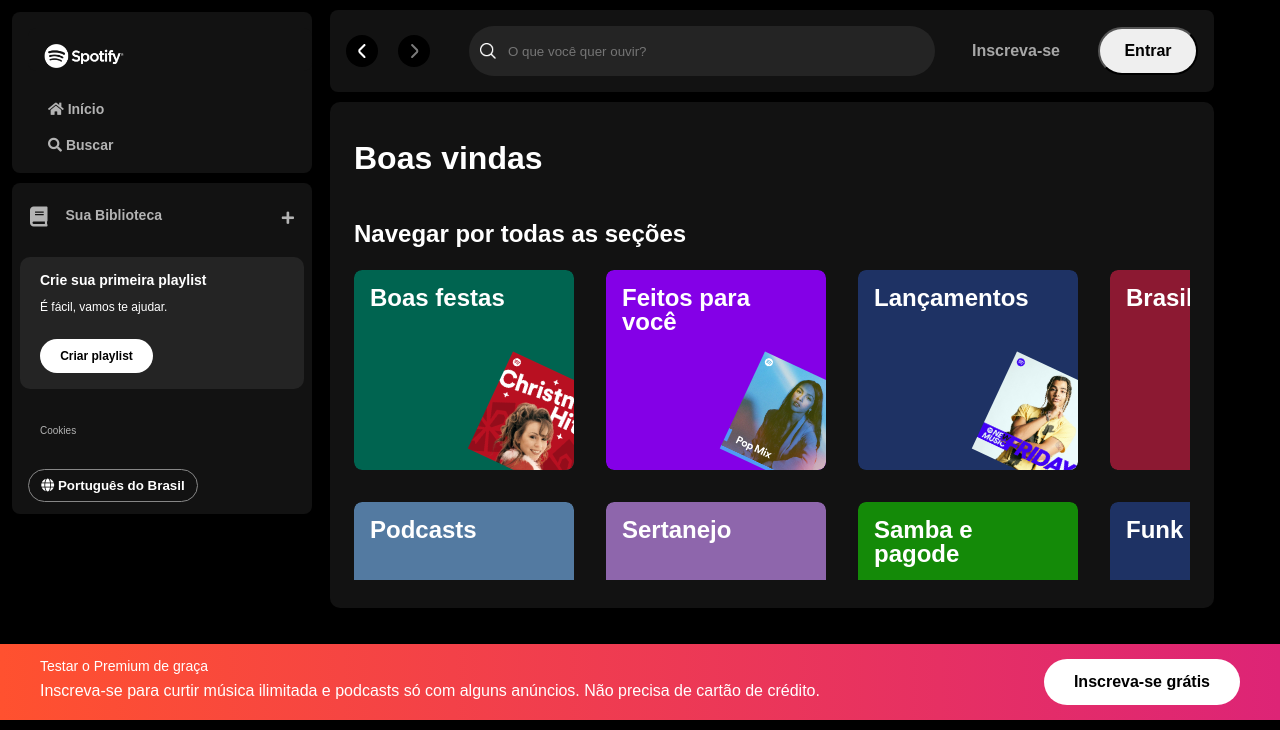
Repository: rafaazevedo-gs/Imers-o-Alura-Front-end
Page: index.html
The author's editor kept a copy of each file at every save. The page is drawn from the files as they stood at one save, then again after the next save.
The browser window is 1280 px wide. The pictures show the whole page.

Above is the page before, as saved 2025-01-31 15:35:03.
Not found: search.js

### index.html
<!DOCTYPE html>
<html lang="pt-BR">
<head>
    <meta charset="UTF-8">
    <meta name="viewport" content="width=device-width, initial-scale=1.0">
    <title>Spotify</title>

    <link rel="stylesheet" href="./src/styles/reset.css">
    <link rel="stylesheet" href="./src/styles/vars.css">
    <link rel="stylesheet" href="./src/styles/sidebar-footer.css">
    <link rel="stylesheet" href="./src/styles/main-content.css">
    <link rel="stylesheet" href="./src/styles/midia-queries.css">
    <link rel="stylesheet" href="https://use.fontawesome.com/releases/v5.15.4/css/solid.css"/>
    <link rel="stylesheet" href="https://use.fontawesome.com/releases/v5.15.4/css/fontawesome.css"/>
    <link rel="icon" href="/src/assets/icons/favicon.png" type="image/x-icon">

</head>
<body>
    <div class="sidebar">
        <nav class="sidebar__navigation">
            <div class="logo">
                <a href="">
                    <img src="./src/assets/icons/logo-spotify.png" alt="Spotify logo">
                </a>
                </div>
                    <ul>
                        <li>
                            <a href="">
                                <span class="fa fa-home"></span>
                                <span>Início</span>
                            </a>
                        </li>
                        <li>
                            <a href="">
                                <span class="fa fa-search"></span>
                                <span>Buscar</span>
                            </a>
                        </li>
                    </ul>
        </nav>
        <div class="library">
            <div class="library__content">
                <button class="library__button">
                    <span class="fa fas fa-book"></span>
                    <span>Sua Biblioteca</span>
                </button>
                <span class="fa fa-plus"></span>
        </div>

        <section class="section-playlist">
            <div class="section-playlist__content">
                <span class="text title">Crie sua primeira playlist</span>
                <span class="text subtitle">É fácil, vamos te ajudar.</span>
                <button class="section-playlist__button">
                    <span>Criar playlist</span>
                </button>
            </div>
        </section>
        <div class="cookies">
            <a href="">Cookies</a>
        </div>
        <div class="languages">
            <button class="languages__button">
                <span class="fa fa-globe"></span>
                <span>Português do Brasil</span>
            </button>
        </div>
    </div>
</div>

<main>
    <div class="main-container">
        <nav class="header__navigation">
            <div class="navigation">
                <button class="arrow-left">
                    <img src="./src/assets/icons/small-left.png" alt="Seta esquerda">
                </button>
                <button class="arrow-right">
                    <img src="./src/assets/icons/small-right.png" alt="Seta direita">
                </button>
            </div>
            <div class="header__search">
                <img src="./src/assets/icons/search.png" alt="">
                <input id="search-input" type="text" maxlength="800" placeholder="O que você quer ouvir?" />
            </div>
            <div class="header__login">
                <button class="subscribe">Inscreva-se</button>
                <button class="login">Entrar</button>
            </div>
        </nav>

            <div class="playlist-container">
                <div id="result-playlist">
                    <div class="playlist">
                        <h1 id="greeting">Boas vindas</h1>
                        <h2 class="greeting-subtitle">Navegar por todas as seções</h2>
                    </div>

                      <!-- LIST ITEM 1 -->
          <div class="offer__scroll-container">
            <div class="offer__list">
              <section class="offer__list-item">
                <!-- CARD 1 -->
                <a href="" class="cards">
                  <div class="cards card1">
                    <img src="./src/assets/playlist/1.jpeg" alt="" />
                    <span>Boas festas</span>
                  </div>
                </a>

                <!-- CARD 2 -->
                <a href="" class="cards">
                  <div class="cards card2">
                    <img src="./src/assets/playlist/2.png" alt="" />
                    <span>Feitos para você</span>
                  </div>
                </a>

                <!-- CARD 3 -->
                <a href="" class="cards">
                  <div class="cards card3">
                    <img src="./src/assets/playlist/3.jpeg" alt="" />
                    <span>Lançamentos</span>
                  </div>
                </a>

                <!-- CARD 4 -->
                <a href="" class="cards">
                  <div class="cards card4">
                    <img src="./src/assets/playlist/4.png" alt="" />
                    <span>Brasil</span>
                  </div>
                </a>

                <!-- CARD 5 -->
                <a href="" class="cards">
                  <div class="cards card5">
                    <img src="./src/assets/playlist/5.jpeg" alt="" />
                    <span>Para treinar</span>
                  </div>
                </a>

                <!-- CARD 6 -->
                <a href="" class="cards">
                  <div class="cards card6">
                    <img src="./src/assets/playlist/6.jpeg" alt="" />
                    <span>Podcasts</span>
                  </div>
                </a>

                <!-- CARD 7 -->
                <a href="" class="cards">
                  <div class="cards card7">
                    <img src="./src/assets/playlist/7.jpeg" alt="" />
                    <span>Sertanejo</span>
                  </div>
                </a>

                <!-- CARD 8 -->
                <a href="" class="cards">
                  <div class="cards card8">
                    <img src="./src/assets/playlist/8.jpeg" alt="" />
                    <span>Samba e pagode</span>
                  </div>
                </a>

                <!-- CARD 9 -->
                <a href="" class="cards">
                  <div class="cards card9">
                    <img src="./src/assets/playlist/9.jpeg" alt="" />
                    <span>Funk</span>
                  </div>
                </a>

                <!-- CARD 10 -->
                <a href="" class="cards">
                  <div class="cards card10">
                    <img src="./src/assets/playlist/10.jpeg" alt="" />
                    <span>MPB</span>
                  </div>
                </a>

                <!-- CARD 11 -->
                <a href="" class="cards">
                  <div class="cards card11">
                    <img src="./src/assets/playlist/11.jpeg" alt="" />
                    <span>Rock</span>
                  </div>
                </a>

                <!-- CARD 12 -->
                <a href="" class="cards">
                  <div class="cards card12">
                    <img src="./src/assets/playlist/12.jpeg" alt="" />
                    <span>Hip Hop</span>
                  </div>
                </a>

                <!-- CARD 13 -->
                <a href="" class="cards">
                  <div class="cards card13">
                    <img src="./src/assets/playlist/13.jpeg" alt="" />
                    <span>Indie</span>
                  </div>
                </a>

                <!-- CARD 14 -->
                <a href="" class="cards">
                  <div class="cards card14">
                    <img src="./src/assets/playlist/14.jpeg" alt="" />
                    <span>Relax</span>
                  </div>
                </a>

                <!-- CARD 15 -->
                <a href="" class="cards">
                  <div class="cards card15">
                    <img src="./src/assets/playlist/15.jpeg" alt="" />
                    <span>Música Latina</span>
                  </div>
                </a>
              </section>
            </div>
          </div>
        </div>


        <div id="result-artist" class="hidden">
          <div class="grid-container">
            <div class="artist-card" id="">
              <div class="card-img">
                <img id="artist-img" class="artist-img" />
                <div class="play">
                  <span class="fa fa-solid fa-play"></span>
                </div>
              </div>
              <div class="card-text">
                <a title="Foo Fighters" class="vst" href=""></a>
                <span class="artist-name" id="artist-name"></span>
                <span class="artist-categorie">Artista</span>
                </a>
              </div>
            </div>
          </div>
        </div>

      </div>
    </div>

  </main>

  <footer class="disclaimer-premium">
    <div class="text">
      <p class="disclaimer-premium__title">Testar o Premium de graça</p>
      <p class="disclaimer-premium__subtitle">
        Inscreva-se para curtir música ilimitada e podcasts só com alguns
        anúncios. Não precisa de cartão de crédito.
      </p>
    </div>
    <div class="button">
      <button type="button">Inscreva-se grátis</button>
    </div>
  </footer>

  <script src="script.js" type="text/javascript"></script>
  <script src="search.js" type="text/javascript"></script>
</body>

</html>

### src/styles/vars.css
:root{
    /* FONT */
    --font-dm-sans:"DM Sans", sans-serif;

    /* COLORS */
    --bg-icon:#131313;
    --bg-arrow-color:rgba(0,0,0,7)
}

### src/styles/sidebar-footer.css
body{
    background-color: #000;
    font-family: var(--font-dm-sans);
}

.sidebar{
    position:fixed;
    top:0;
    left:0;
    bottom:0;
    padding:12px;
    width:300px;
}

.sidebar__navigation{
    background-color: #121212;
    border-radius:8px;
    padding:16px 0 0 16px;
}

.logo{
    background: #121212;
    display:flex;
    border-radius:8px ;
    padding:16px 0 0 16px;
}

.sidebar__navigation .logo img{
    width:80px;
}

.sidebar nav ul{
    margin-top: 20px;
    padding:0 20px 10px 20px;
}

.sidebar ul li{
    padding: 10px 0;
}

.sidebar nav ul li a{
    color: #b3b3b3;
    text-decoration: none;
    font-weight: 600;
    font-size: 14px;
}

.library{
    background-color:#121212;
    border-radius:8px;
    display:flex;
    justify-content: space-between;
    flex-direction: column;
    padding:4px 8px;
    color:#b3b3b3;
    font-weight: 600;
    font-size:14px;
    margin-top: 10px;
}

.library .library__content{
    display:flex;
    justify-content: space-between;
}

.library .library__button{
    display:flex;
    margin-right: 10px;
    color:#b3b3b3;
    background-color: transparent;
    border:0px;
    font-size: 14px;
    font-weight: 700;
    text-align: center;
    text-decoration: none;
    text-transform: none;
    padding:20px 10px;
}

.library .library__button .fa{
    font-size:20px;
    font-weight: 300;
    color:#b3b3b3;
    margin-right: 10px;
    padding-right:8px;
}

.library .library__content .fa-plus{
    margin: 24px 10px;
    cursor: pointer;
}

.section-playlist{
    display:flex;
    align-items: flex-start;
    justify-content: space-between;
    gap:20px;
    background-color: #242424;
    color:#b3b3b3;
    font-weight: 600;
    font-size: 14px;
    margin: 8px 0;
    padding:16px 20px;
    border-radius:10px;
}

.section-playlist .section-playlist__content{
    display:flex;
    flex-direction: column;
}

.section-playlist__content .text{
    padding-bottom:14px;
    color:#FFF;
}

.section-playlist__content .title{
    font-weight: 700;
}

.section-playlist__content .subtitle{
    font-weight: 500;
    font-size: 12px;
}

.section-playlist__content .section-playlist__button{
    display: flex;
    justify-content: center;
    background-color: #FFF;
    color:#000;
    border-radius: 20px;
    font-size: 12px;
    font-weight: 700;
    text-decoration:none;
    text-transform: none;
    padding:10px;
    margin-top: 12px;
    border:0;
    width: 113px;
    cursor: pointer;
}

.sidebar .cookies{
    margin:25px 20px;
}

.sidebar .cookies a{
    color:#b3b3b3;
    font-weight: 500;
    font-size:10px;
    text-decoration: none;
}

.sidebar .cookies a:hover{
    text-decoration: underline;
}

.languages .languages__button{
    align-items: center;
    background-color: transparent;
    border: 1px solid #878787;
    color:#FFF;
    font-weight: bold;
    cursor:pointer;
    width: 170px;
    margin:8px;
    padding:8px;
    border-radius:20px;
}

.disclaimer-premium {
    position: fixed;
    bottom: 0;
    left: 0;
    right: 0;
    background: linear-gradient(to right, #ff512f, #dd2476);
    padding: 15px 40px;
    display: flex;
    justify-content: space-between;
}
.disclaimer-premium .text {
   flex-shrink: 0;
}
.disclaimer-premium .disclaimer-premium__title {
    color: #ffffff;
    font-weight: 400;
    font-size: 14px;
    margin-bottom: 10px;
}

.disclaimer-premium .disclaimer-premium__subtitle {
    color: #ffffff;
    font-size: 16px;
    font-weight: 500;
}

.disclaimer-premium button {
    background-color: #ffffff;
    color: #000000;
    font-size: 16px;
    font-weight: bold;
    padding: 14px 30px;
    border: 0px;
    border-radius: 40px;
    cursor: pointer;
    flex-shrink: 0;
}

### src/styles/main-content.css
/* HEADER */

.main-container{
    max-width: 80vw;
    height: 100vh;
    margin-left: 320px;
    margin-right: 56px;
}

.header__navigation {
    display: flex;
    justify-content: space-between;
    align-items: center;
    padding: 16px;
    margin: 10px;
    border-radius: 8px;
    background-color: #121212;
  }

  .header__navigation .navigation {
    display: flex;
    justify-content: space-around;
    align-items: center;
  }

  .header__navigation .navigation .arrow-left {
    margin-right: 1.25rem;
  }

  .arrow-left, .arrow-right {
    display: flex;
    align-items: center;
    justify-content: center;
    width: 32px;
    height: 32px;
    background: var(--bg-icon);
    background-color:var(--bg-arrow-color);
    border-radius: 50%;
    border: none;
    cursor: pointer;
  }

  .header__login {
    display: flex;
    align-items: center;
  }

  .header__search {
    display: flex;
    align-items: center;
    width: 464px;
    height: 48px;
    margin-left: 8px;
    background-color: #242424;
    border-radius: 500px;
    border: 1px solid transparent;
  }

  .header__search img {
    width: 16px;
    height: 16px;
    margin-left: 10px;
  }

  .header__search input {
    background: transparent;
    border: none;
    padding: 0px 100px 0 12px;
    color: #fff;
    text-overflow: ellipsis;
    overflow:hidden;
    white-space: nowrap;
    outline: none;
  }

  .header__login .subscribe {
    color: #a7a7a7;
    font-size: 16px;
    font-weight: 700;
    background-color: transparent;
    margin-right: 32px;
    cursor: pointer;
    border: none;
  }

  .header__login .login {
    width: 100px;
    height: 48px;
    color: #000;
    font-size: 16px;
    font-weight: 700;
    border-radius: 40px;
    cursor: pointer;
  }

  .playlist-container {
    height: 68vh;
    padding-top: 16px;
    margin: 10px;
    border-radius: 10px;
    background-color: #121212;
  }

  .playlist {
    margin: 24px;
  }

  .playlist #greeting {
    color: #fff;
    font-size: 32px;
    font-weight: 700;
    margin-bottom: 48px;

  }

  .playlist .greeting-subtitle {
    color: #fff;
    font-size: 24px;
    font-weight: 700;
  }

  /* SCROLL */
.offer__scroll-container {
  max-height: 43vh;
  margin: 24px;
  overflow-y: auto;
}

.offer__scroll-container::-webkit-scrollbar {
  width: 1px;
}

.offer__scroll-container::-webkit-scrollbar-thumb {
  background-color: transparent;
}
/* FIM SCROLL */

.offer__list-item {
  display: grid;
  justify-items: center;
  grid-template-columns: 1fr 1fr 1fr 1fr 1fr;
  grid-gap: 16px;
  gap: 16px;
  margin-bottom: 16px;

  /* CODIGO COM JS CALCULANDO OS CARDS POR COLUNA */
  display: grid;
  gap: 16px;
  grid-gap: 32px;
  margin: 0 auto;
}

.cards {
  position: relative;
  width: 220px;
  height: 200px;
  overflow: hidden;
  border-radius: 8px;
}

.cards span {
  padding: 16px;
  position: absolute;
  color: #fff;
  font-size: 24px;
  font-weight: 700;
}

/* COLOR CARDS */
.card1 {
  background-color: rgb(0, 100, 80);
}
.card2 {
  background-color: rgb(132, 0, 231);
}
.card3 {
  background: rgb(30, 50, 100);
}
.card4 {
  background: rgb(140, 25, 50);
}
.card5 {
  background: rgb(232, 17, 91);
}
.card6 {
  background: rgb(83, 122, 161);
}
.card7 {
  background: rgb(142, 102, 172);
}
.card8 {
  background: rgb(20, 138, 8);
}
.card9 {
  background: rgb(30, 50, 100);
}
.card10 {
  background: rgb(233, 20, 41);
}
.card11 {
  background: rgb(80, 55, 80);
}
.card12 {
  background: rgb(216, 64, 0);
}
.card13 {
  background: rgb(186, 93, 7);
}
.card14 {
  background: rgb(0, 30, 80);
}
.card15 {
  background: rgb(60, 30, 80);
}
/* FIM COLOR CARDS */

.offer__list-item img {
  position: absolute;
  right: 0;
  bottom: 0;
  height: auto;
  width: 107px;
  transform: rotate(25deg) translate(18%, -2%);
}

/* CARD ARTISTA */

.artist {
  --column-count: 5;
  --grid-gap: 24px;
  --min-container-width: 372px;
}

.hidden {
  display: none;
}

.grid-container {
  grid-gap:24px;
  display: grid;
  grid-template-columns: repeat(5, minmax(0, 1fr));
  min-width: 767px;
}

.artist-card {
  background: #181818;
  border-radius: 8px;
  -ms-flex: 1;
  flex: 1;
  isolation: isolate;
  padding: 16px;
  position: relative;
  transition: background-color 0.3s ease;
  width: 100%;
}

.artist-card:hover {
  background-color: #252525;
}

.card-img {
  padding-bottom: 100%;
  position: relative;
  width: 100%;
  margin-bottom: 16px;
}

.artist-img {
  height: 100%;
  left: 0;
  position: absolute;
  top: 0;
  width: 100%;
  border-radius: 50%;
}

.card-text {
  display: flex;
  flex-direction: column;
  color: #fff;
  overflow: hidden;
  text-overflow: ellipsis;
  white-space: nowrap;
  min-height: 62px;
}

.card-text a {
  display: inline-block;
  max-width: 100%;
  vertical-align: middle;
}

.artist-name {
  box-sizing: border-box;
  margin-block: 0px;
  font-size: 16px;
  font-weight: 700;
  padding-block-end: 8px;
}

.artist-categorie {
  color: #6a6a6a;
  font-weight: 400;
  font-size: 0.875rem;
}

.play {
  position: relative;
}

.play .fa-play {
  position: absolute;
  right: 10px;
  top: 120px;
  padding: 18px;
  background-color: #1db954;
  border-radius: 100%;
  font-size: 14px;
  opacity: 0;
  transition: all ease 0.4s;
}

.artist-card:hover .play .fa-play {
  opacity: 1;
  transform: translateY(-20px);
}

.play .fa-play:hover {
  padding: 20px;
  cursor: pointer;
}

#result-artist {
  padding: 20px 40px;
}

### src/styles/midia-queries.css
@media  and (max-width: 1015px) {
    .offer__list-item {
        grid-template-columns: 1fr 1fr;
    }
}

Loaded but not shown: src/styles/reset.css (common file); script.js (no copy from this time; the picture is the same without it)

After the next save:
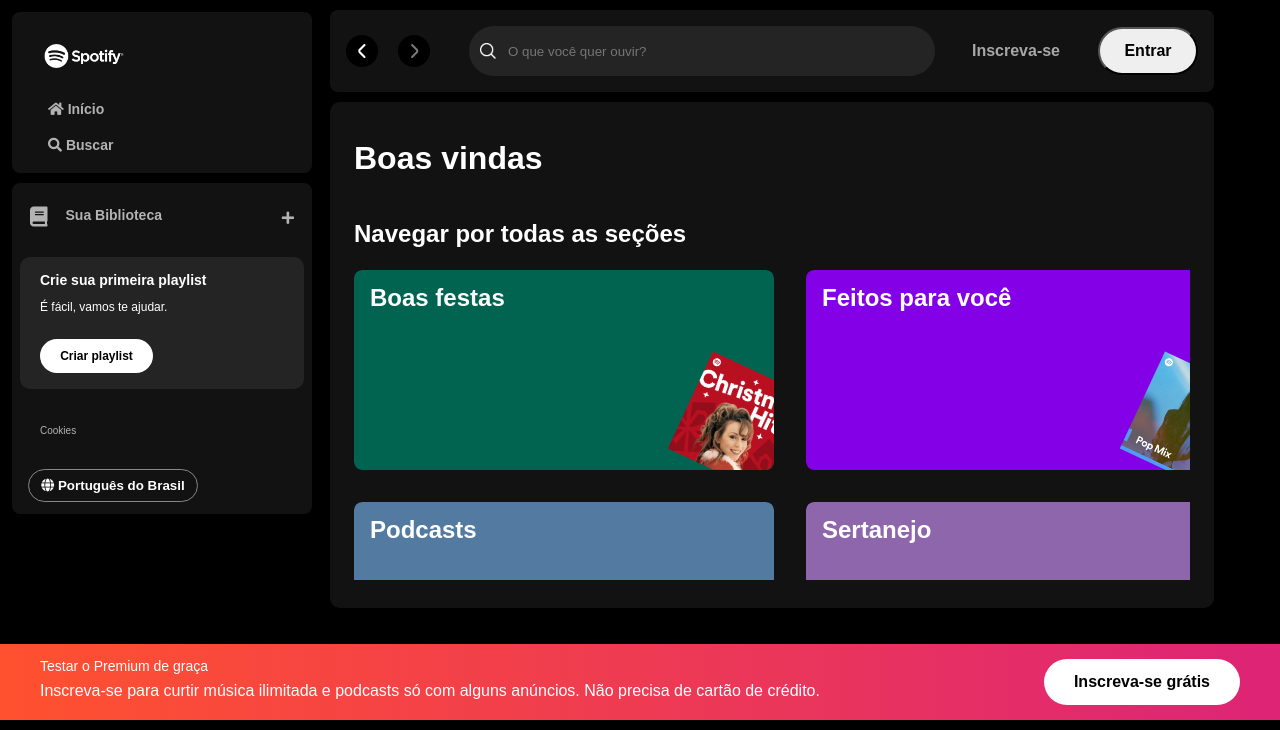
Saved 5 min 9 s later.
--- a/src/styles/main-content.css
+++ b/src/styles/main-content.css
@@ -152,7 +152,7 @@
 
 .cards {
   position: relative;
-  width: 220px;
+  width: 420px;
   height: 200px;
   overflow: hidden;
   border-radius: 8px;
